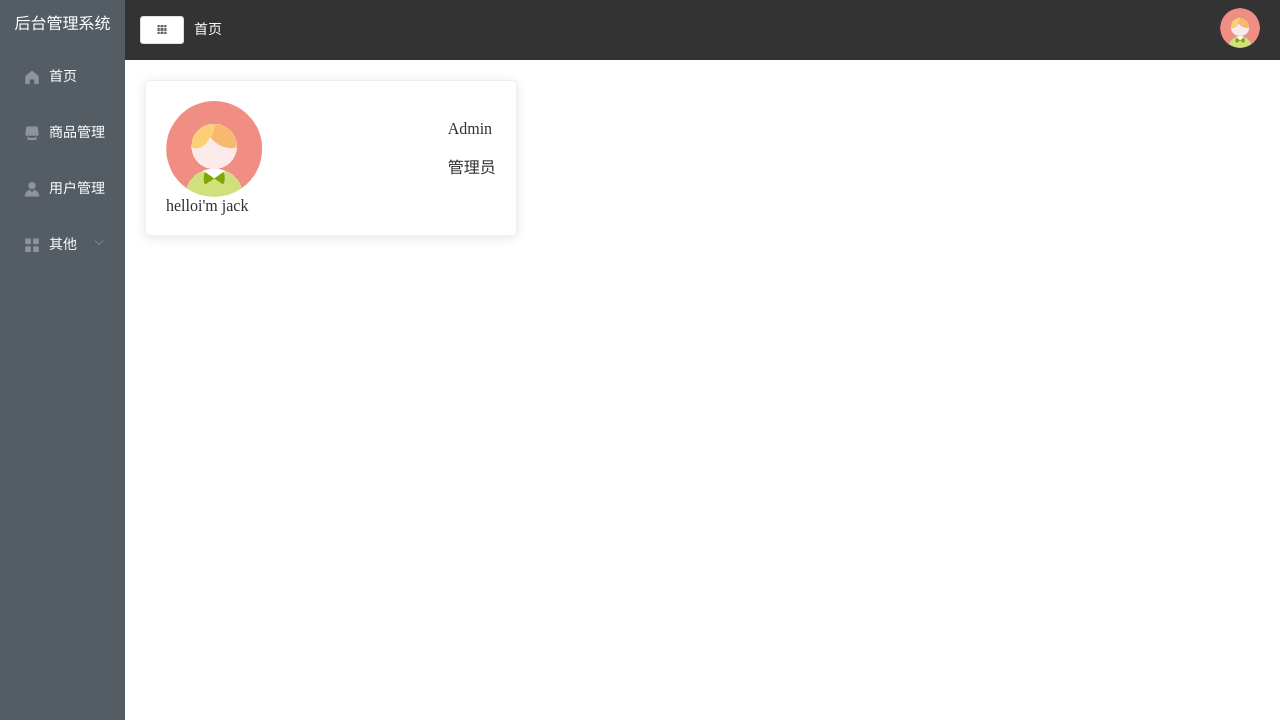
Repository: tkqi/manage
Page: /
The author's editor kept a copy of each file at every save. The page is drawn from the files as they stood at one save, then again after the next save.
The browser window is 1280 px wide. The pictures show the whole page.
The project was rebuilt for these pictures with package versions that can differ from the ones it lists, and the page was loaded fresh each time. Also part of the build but not shown: vue.config.js.

Above is the page before, as saved 2023-12-03 15:34:15.

### src/main.js
import Vue from 'vue'
import App from './App.vue'
import router from './router'
import store from './store'
import ElementUI from 'element-ui';
import 'element-ui/lib/theme-chalk/index.css';

Vue.config.productionTip = false
Vue.use(ElementUI);

new Vue({
  router,
  store,
  render: h => h(App)
}).$mount('#app')

### src/App.vue
<template>
  <div id="app">
    <!-- 路由出口 -->
    <router-view />
  </div>
</template>

<script>
export default {
  name: 'App'
}
</script>

<style lang="less">
html,
body,
h3 {
  margin: 0;
  padding: 0;
}
</style>

### src/router/index.js
import Vue from 'vue'
import VueRouter from 'vue-router'
import routes from './routes'
Vue.use(VueRouter)


const router = new VueRouter({
  routes: routes
})

// 暴露router实例
export default router

### src/store/index.js
import Vue from 'vue'
import Vuex from 'vuex'
import tab from './tab.js'

Vue.use(Vuex)

const store = new Vuex.Store({
  state: {

  },
  getters: {
  },
  mutations: {
  },
  actions: {
  },
  modules: {
    tab
  }
})

export default store;

### src/router/routes.js
export default [
    // 主路由
    {
        path: '/',
        component: () => import('../views/Main.vue'),
        redirect: '/home',// 重定向
        // 子路由
        children: [
            {
                // 首页
                path: '/home',
                // 路由组件懒加载
                component: () => import('../views/Home.vue')
            },
            {
                // 用户管理
                path: '/user',
                component: () => import('../views/User.vue')
            },
            {
                // 商品管理
                path: '/mall',
                component: () => import('../views/Mall.vue')
            },
            {
                // 其他/页面1
                path: '/page1',
                component: () => import('../views/Page1.vue')
            },
            {
                // 其他/页面2
                path: '/page2',
                component: () => import('../views/Page2.vue')
            },
        ]
    },
    {
        path: '/home',
        // 路由组件懒加载
        component: () => import('../views/Home.vue')
    },
    {
        path: '/user',
        component: () => import('../views/User.vue')
    }
]

### src/store/tab.js
// 菜单相关数据
export default {
    state: {
        isCollapse: false
    },
    getters: {
        getisCollapse: (state) => state.isCollapse
    },
    mutations: {
        EDITIsCollapse(state){
            state.isCollapse = !state.isCollapse;
        }
    }
}

### src/views/Main.vue
<!-- eslint-disable vue/multi-word-component-names -->
<template>
    <div>
        <el-container>
            <el-aside width="auto">
                <sidebar />
            </el-aside>
            <el-container>
                <el-header>
                    <topbar />
                </el-header>
                <el-main>
                    <transition>
                        <router-view />
                    </transition>
                </el-main>
            </el-container>
        </el-container>
    </div>
</template>

<script>
import sidebar from '../components/sidebar.vue'
import topbar from '../components/topbar.vue';
export default {
    components: {
        sidebar,
        topbar
    }
}
</script>

<style lang="less" scoped>
.el-header {
    padding: 0;
    margin: 0;
}
</style>

### src/views/Home.vue
<!-- eslint-disable vue/multi-word-component-names -->
<template>
    <el-row>
        <el-col :span="8">
            <div class="grid-content bg-purple">
                <el-card class="box-card">
                    <div class="user">
                        <img class="img" src="../assets/img/user-default.png" alt="">
                        <div class="user-info">
                            <P class="name">Admin</P>
                            <p class="access">管理员</p>
                        </div>
                    </div>
                    <div class="login-info">
                        <span>hello</span>
                        <span>i'm jack</span>
                    </div>
                </el-card>
            </div>
        </el-col>
        <el-col :span="16">
            <div class="grid-content bg-purple-light"></div>
        </el-col>
    </el-row>
</template>

<script>
export default {
    data() {
        return {

        }
    }
}
</script>
<style lang="less" scoped>
.user{
    display: flex;
    justify-content: space-between;
    align-items: center;
    .user-info{

    }
}
</style>

### src/components/sidebar.vue
<!-- eslint-disable vue/multi-word-component-names -->
<template>
    <el-menu class="menu" @open="handleOpen" @close="handleClose" :collapse="isCollapse" background-color="#545c64"
        text-color="#fff" active-text-color="#ffd04b">
        <h3>{{ !isCollapse?'后台管理系统':'后台' }}</h3>
        <el-menu-item v-for="item in noChildren" :key="item.name" :index="item.name" @click="clickMenu(item)">
            <i :class="`el-icon-${item.icon}`"></i>
            <span slot="title">{{ item.label }}</span>
        </el-menu-item>
        <el-submenu v-for="item in hasChildren" :key="item.label" :index="item.label">
            <template slot="title">
                <i :class="`el-icon-${item.icon}`"></i>
                <span slot="title">{{ item.label }}</span>
            </template>
            <el-menu-item-group v-for="subitem in item.children" :key="subitem.name">
                <el-menu-item :index="subitem.name" @click="clickSubmenu(subitem)">
                    <!-- <template slot="title"> -->
                    <i :class="`el-icon-${subitem.icon}`"></i>
                    <span slot="title">{{ subitem.name }}</span>
                    <!-- </template> -->
                </el-menu-item>
            </el-menu-item-group>
        </el-submenu>
    </el-menu>
</template>

<script>
export default {
    computed: {
        // 无子菜单
        noChildren() {
            return this.menuData.filter(o => !o.children);
        },
        // 有子菜单
        hasChildren() {
            return this.menuData.filter(o => o.children);
        },
        isCollapse() {
           return this.$store.state.tab.isCollapse;
        }
    },
    data() {
        return {
            // 使用store实时改变属性需要定义到computed
            // isCollapse: this.$store.getters('getisCollapse'),
            menuData: [
                {
                    path: '/',
                    name: 'home',
                    label: "首页",
                    icon: 's-home',
                    url: 'Home/Home'
                },
                {
                    path: '/mall',
                    name: 'mall',
                    label: "商品管理",
                    icon: 's-shop',
                    url: 'MallManage/MallManage'
                },
                {
                    path: '/user',
                    name: 'user',
                    label: "用户管理",
                    icon: 's-custom',
                    url: 'UserManage/UserManage'
                },
                {
                    label: '其他',
                    icon: 'menu',
                    children: [
                        {
                            path: '/page1',
                            name: 'page1',
                            label: "页面1",
                            icon: 's-claim',
                            url: 'Other/PageOne'
                        },
                        {
                            path: '/page2',
                            name: 'page2',
                            label: "页面2",
                            icon: 's-claim',
                            url: 'Other/PageTwo'
                        },
                    ]
                }
            ]
        };
    },
    methods: {
        handleOpen(key, keyPath) {
            console.log(key, keyPath);
        },
        handleClose(key, keyPath) {
            console.log(key, keyPath);
        },
        clickMenu(item) {
            console.log(this.$router.currentRoute.path);
            // 判断当前路由于点击链接的路由不一致才跳转
            if (item.path != this.$route.path && !(this.$route.path == '/home' && item.path == '/'))
                this.$router.push(item.path);
        },
        clickSubmenu(subitem) {
            // 判断当前路由于点击链接的路由不一致才跳转
            if (subitem.path != this.$route.path)
                this.$router.push(subitem.path);
        }
    }
}
</script>

<style lang="less" scoped>
.el-menu-vertical-demo:not(.el-menu--collapse) {
    width: 200px;
    min-height: 400px;
}

.menu {
    height: 100vh;
    border-right:0;
    h3 {
        color: rgb(255, 255, 255);
        text-align: center;
        line-height: 48px;
        font-size: 16px;
        font-weight: 400;
    }
}
</style>

### src/components/topbar.vue
<!-- eslint-disable vue/multi-word-component-names -->
<template>
    <div class="head-container">
        <div class="l-content">
            <el-button icon="el-icon-s-grid" size="mini" @click="changeCollapse()"/>
            <!-- 面包屑 -->
            <span class="text">首页</span>
        </div>
        <div class="r-content">
            <el-dropdown>
                <span class="el-dropdown-link">
                    <img class="img" src="../assets/img/user-default.png" alt="">
                </span>
                <el-dropdown-menu slot="dropdown">
                    <el-dropdown-item>个人中心</el-dropdown-item>
                    <el-dropdown-item>退出</el-dropdown-item>
                </el-dropdown-menu>
            </el-dropdown>
        </div>
    </div>
</template>

<script>
export default {
    data(){
        return{

        }
    },
    methods:{
        changeCollapse(){
            console.log(1);
            this.$store.commit('EDITIsCollapse');
        }
    }
}
</script>

<style lang="less" scoped>
.head-container {
    background-color: #333;
    height: 60px;
    display: flex;
    justify-content: space-between;
    align-items: center;
    padding-left: 15px;
    padding-right: 20px;
}

// .l-content {
//     padding-left: 15px;
// }

// .r-content {}

.text {
    color: white;
    font-size: 14px;
    padding-left: 10px;
}

.img{
    height: 40px;
    width: 40px;
    border-radius: 50%;
}
</style>

Loaded but not shown: public/index.html (common file)

After the next save:
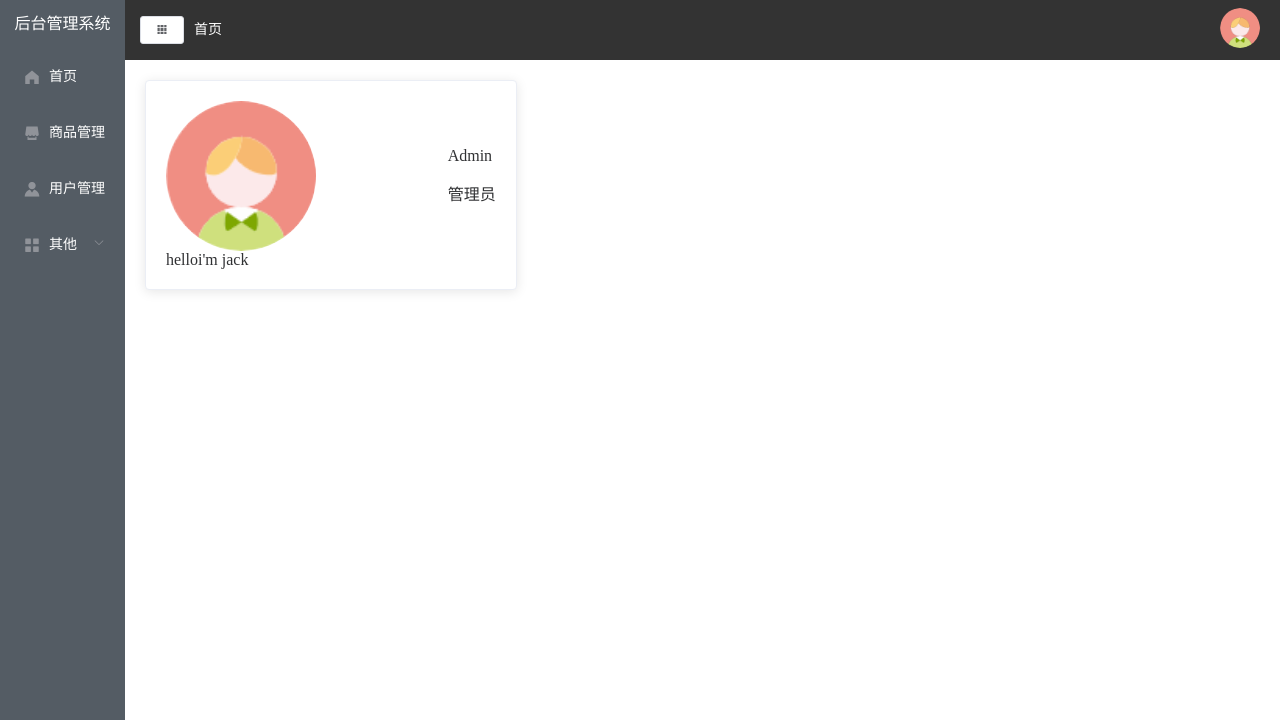
Saved 67 s later.
--- a/src/views/Home.vue
+++ b/src/views/Home.vue
@@ -41,5 +41,10 @@ export default {
     .user-info{
 
     }
+    img{
+        height: 150px;
+        width:150px;
+        border-radius: 50%;
+    }
 }
 </style>
